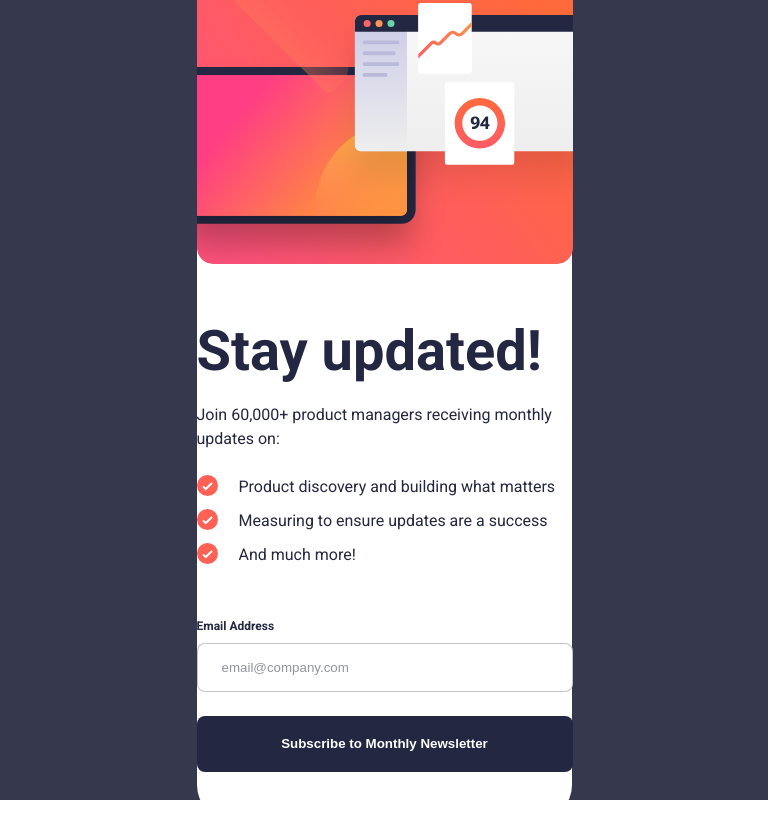
Repository: brandontaylor1/newsletter-signup
Page: index.html
The author's editor kept a copy of each file at every save. The page is drawn from the files as they stood at one save, then again after the next save.
The browser window is 768 px wide. The pictures show the whole page.

Above is the page before, as saved 2025-01-19 23:54:13.

After the next save:
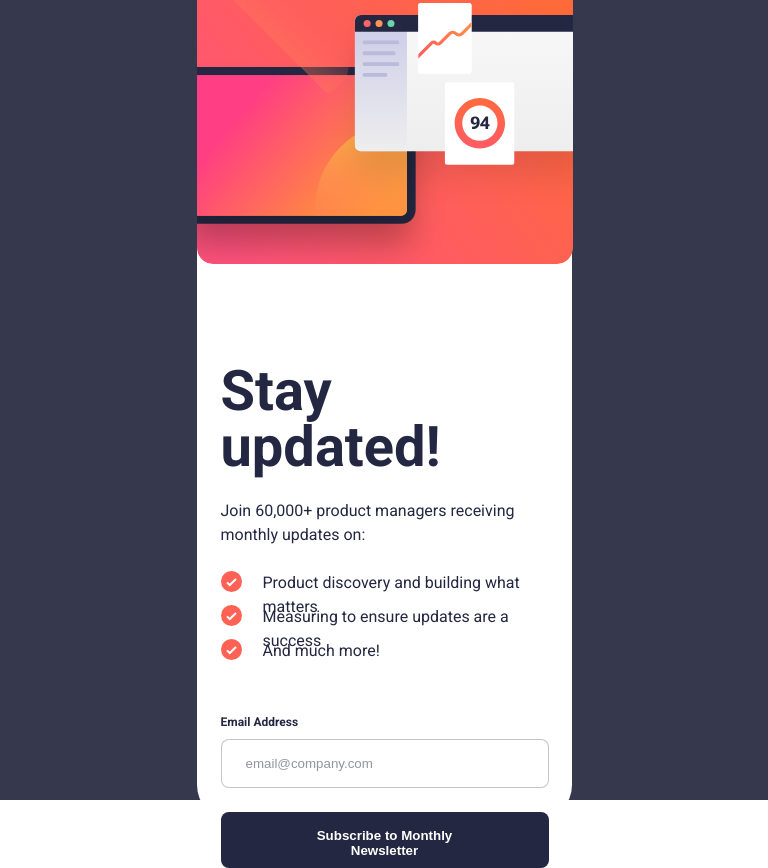
Saved 17 s later.
--- a/styles.css
+++ b/styles.css
@@ -211,7 +211,7 @@ label {
     }
 
     .card-content-text {
-        padding: 40px 24;
+        padding: 40px 24px;
     }
 
     .card-image {
